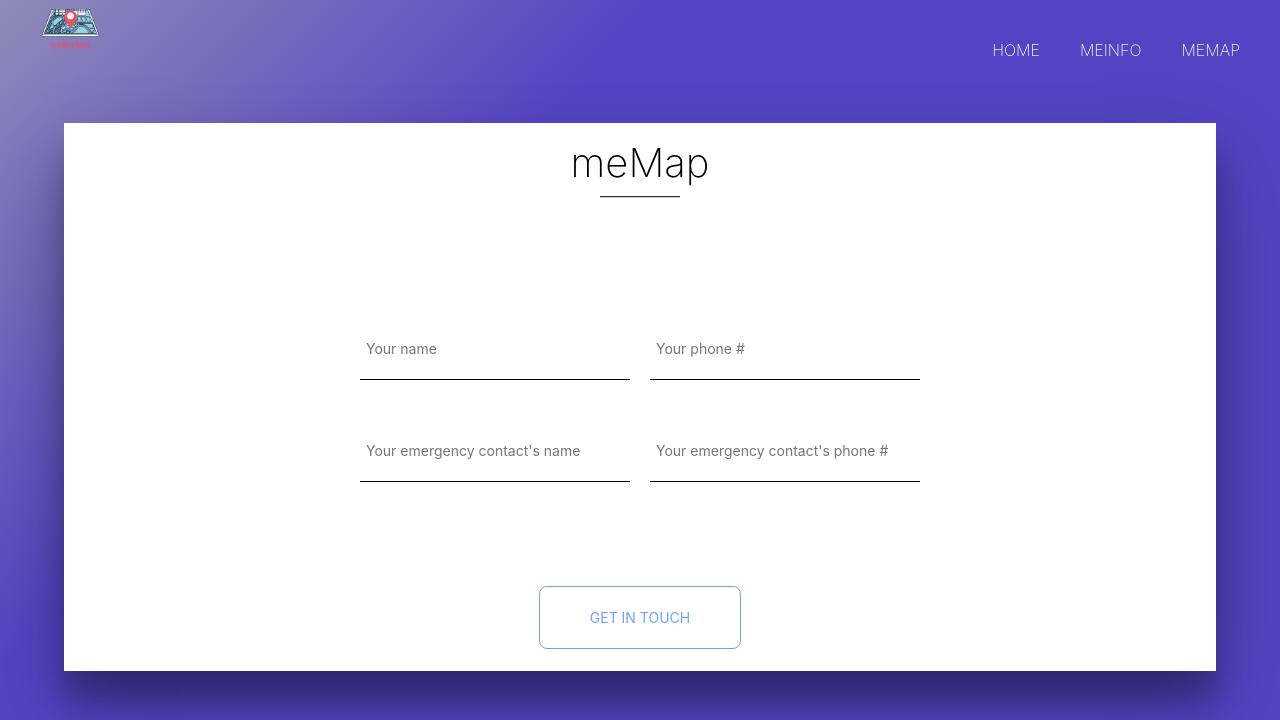
Repository: aasirvalji/saferMe
Page: /alt
The author's editor kept a copy of each file at every save. The page is drawn from the files as they stood at one save, then again after the next save.
The browser window is 1280 px wide. The pictures show the whole page.
An inner scrolling area shows only its first screen. The project was rebuilt for these pictures with package versions that can differ from the ones it lists, and the page was loaded fresh each time. Also part of the build but not shown: src/components/Landing.js, src/styles/Services.css, src/components/Services.js, src/mapStyles.js, src/components/MapDisplay.js, src/styles/AboutDisplay.css, src/components/AboutDisplay.js, src/components/SampleDisplay.js.

Above is the page before, as saved 2020-02-16 10:31:23.

### public/index.html
<!DOCTYPE html>
<html lang="en">
  <head>
    <meta charset="utf-8" />
    <link rel="icon" href="%PUBLIC_URL%/favicon.ico" />
    <meta name="viewport" content="width=device-width, initial-scale=1" />
    <meta name="theme-color" content="#000000" />
    <meta
      name="description"
      content="Web site created using create-react-app"
    />
    <link rel="apple-touch-icon" href="%PUBLIC_URL%/logo192.png" />
    <!--
      manifest.json provides metadata used when your web app is installed on a
      user's mobile device or desktop. See https://developers.google.com/web/fundamentals/web-app-manifest/
    -->
    <link rel="manifest" href="%PUBLIC_URL%/manifest.json" />
    <!--
      Notice the use of %PUBLIC_URL% in the tags above.
      It will be replaced with the URL of the `public` folder during the build.
      Only files inside the `public` folder can be referenced from the HTML.

      Unlike "/favicon.ico" or "favicon.ico", "%PUBLIC_URL%/favicon.ico" will
      work correctly both with client-side routing and a non-root public URL.
      Learn how to configure a non-root public URL by running `npm run build`.
    -->

    <link
    rel="stylesheet"
    href="https://maxcdn.bootstrapcdn.com/bootstrap/4.3.1/css/bootstrap.min.css"
    integrity="sha384-ggOyR0iXCbMQv3Xipma34MD+dH/1fQ784/j6cY/iJTQUOhcWr7x9JvoRxT2MZw1T"
    crossorigin="anonymous"
  />

  <link rel="stylesheet" href="https://use.fontawesome.com/releases/v5.7.2/css/all.css" integrity="sha384-fnmOCqbTlWIlj8LyTjo7mOUStjsKC4pOpQbqyi7RrhN7udi9RwhKkMHpvLbHG9Sr" crossorigin="anonymous">

    <title>Aurorah</title>
  </head>
  <body>
    <noscript>You need to enable JavaScript to run this app.</noscript>
    <div id="root"></div>
    <!--
      This HTML file is a template.
      If you open it directly in the browser, you will see an empty page.

      You can add webfonts, meta tags, or analytics to this file.
      The build step will place the bundled scripts into the <body> tag.

      To begin the development, run `npm start` or `yarn start`.
      To create a production bundle, use `npm run build` or `yarn build`.
    -->
  </body>
</html>

### src/App.js
import React from 'react';
import './App.css';
import Navigate from './components/Navigate'
import Landing from './components/Landing'
import Services from './components/Services'
import MapDisplay from './components/MapDisplay'
import AltDisplay from './components/AltDisplay'
import AboutDisplay from './components/AboutDisplay'

import SampleDisplay from './components/SampleDisplay';


import {
  BrowserRouter as Router,
  Switch,
  Route,
} from "react-router-dom";

class App extends React.Component { //when working with any type of data, call it in App then pass to comp on interest

  constructor(props) {
    super(props);

  }

/* start api sample */
/*
  componentDidMount() {
    fetch("https://api.example.com/items")
      .then(res => res.json())
      .then(
        (result) => {
          this.setState({
            isLoaded: true,
            items: result.items
          });
        },
        // Note: it's important to handle errors here
        // instead of a catch() block so that we don't swallow
        // exceptions from actual bugs in components.
        (error) => {
          this.setState({
            isLoaded: true,
            error
          });
        }
      )
  }
  */
/* end api sample */
  render(){


  return (
    <Router>
    <div className="App">

    <Switch>

    <Route exact path="/">
    <div className='landing-div'>
    <Navigate></Navigate>
    <Landing></Landing>
    <img className='wave' src='https://www.ochrehealth.com.au/wp-content/uploads/2018/10/slider-wave.png' alt=''></img>  {/* wave pattern*/}
    </div>
    {/* services placement*/}
    {/* maps placement*/}
    </Route>

    <Route path="/about">
    <div className='about-background'>
    <Navigate></Navigate>

    <AboutDisplay></AboutDisplay>
    </div>
    </Route>

    <Route path="/map">
    <div className='map-background'>
    <Navigate></Navigate>

  <MapDisplay></MapDisplay>
    </div>
    </Route>

    <Route path="/graph">
    <div className='graph-background'>
    <Navigate></Navigate>


    </div>
    </Route>

    <Route path="/alt">
    <div className='alt-background'>
    <Navigate></Navigate>

    <AltDisplay></AltDisplay>
    </div>
    </Route>

    </Switch>

    </div>
    </Router>

  );
  }
}

export default App;

### src/App.css
.landing-div {
    height: 100vh;
	background: linear-gradient(-45deg, #ee7752, #e73c7e,#FF4136, #85144b);
	background-size: 400% 400%;
    animation: gradient 10s ease infinite;

}


@keyframes gradient {
	0% {
		background-position: 0% 50%;
	}
	50% {
		background-position: 100% 50%;
	}
	100% {
		background-position: 0% 50%;
	}
}

.landing-div .wave{
    margin-right: 20vh;
    height: 15vh;
    width: 100%;
    position: absolute;
    bottom: 0;
}

@media screen and (max-width:700px) {

    .landing-div {
        height: 110vh;
    }

    .landing-div .wave{
    display: none;
    }

}

.about-background{
    background: linear-gradient(-45deg, #23a6d5, #23a6d5,#23a6d5, #acceda);
    height: 100vh;
}

.map-background{
    background: linear-gradient(-45deg, #FF4136, #FF4136,#FF4136, #e7ab98);
    height: 100vh;
}

.graph-background{
    background: linear-gradient(-45deg, #e73c7e, #e73c7e,#e73c7e, #e0a0b9);
    height: 100vh;
}

.alt-background{
    background: linear-gradient(-45deg, #5444c4, #5444c4,#5444c4, #908ab9);
    height: 100vh;
}

### src/components/Navigate.js
import React from 'react';
import '../styles/Navigate.css';
import {}
from 'react-bootstrap';
import img from '../assets/86665821_178198983462585_1128028565648965632_n.png'

import { Link } from "react-router-dom";


function Navigate() {
    return (
    <>
  <div class="header">
    <h2 class="logo"><img src={img}></img></h2>
    <input type="checkbox" id="chk"></input>
    <label for="chk" class="show-menu-btn">
      <i class="fas fa-ellipsis-h"></i>
    </label>

    <ul class="menu">
      <Link to="/"><a>Home</a></Link>
      {/*<Link to="/about"><a>About</a></Link>*/}
      <Link to="/alt"><a>meInfo</a></Link>
      <Link to="/map"><a>meMap</a></Link>
      {/*<Link to="/graph"><a>eGraph</a></Link>*/}

      <label for="chk" class="hide-menu-btn">
        <i class="fas fa-times"></i>
      </label>
    </ul>
  </div>
</>
);
}


export default Navigate;

### src/components/AltDisplay.js
import React from 'react';
import '../styles/AltDisplay.css'




class AltDisplay extends React.Component{

  constructor(props){
    super(props);

    this.state = {username: "",
    userNumber: "",
    emergencyName: "",
    emergencyNumber: "",
  };

    this.handleChange = this.handleChange.bind(this);
    this.handleSubmit = this.handleSubmit.bind(this);
}



handleChange = (event) => {
  this.setState({
  [event.target.name] : event.target.value
})
}

handleSubmit(event) {
  this.sendData();
  console.log ('done')
  event.preventDefault();
  alert("Thank you for your submission, your data has been recorded")

  {/*} restore state post submission
  this.setState({
    username : '',

  }) */}

}

sendData(){

  // create a new XMLHttpRequest
  var xhr = new XMLHttpRequest()

  // get a callback when the server responds
  xhr.addEventListener('load', () => {
    // update the state of the component with the result here
    console.log(xhr.responseText)
  })
  // open the request with the verb and the url
  xhr.open('POST', 'https://valley.alishanpiyarali.repl.co/form')
  // send the request
  xhr.send(this.state.username + "," + this.state.userNumber.toString() + ","  + this.state.emergencyName + "," +this.state.emergencyNumber.toString())

  console.log('success')
}



render(){
    return(
        <>

<div className='alt-con'>

<div className='alt-header'>
<h1>meMap</h1>
</div>

<form class="contact-section" onSubmit={this.handleSubmit}>
      <div class="inner-width">

        <input type="text" class="name" placeholder="Your name" name = 'username'
        value={this.state.value} onChange={this.handleChange} ></input>

       <input type="number" class="email" placeholder="Your phone #" name ="userNumber"
       username={this.state.username} onChange={this.handleChange} ></input>

      <input type="text" class="name" placeholder="Your emergency contact's name" name = 'emergencyName'
        value={this.state.value} onChange={this.handleChange} ></input>

       <input type="number" class="email" placeholder="Your emergency contact's phone #" name ="emergencyNumber"
       username={this.state.username} onChange={this.handleChange} ></input>

        <button type='submit' value="Submit">Get in touch</button>
      </div>
    </form>

</div>

        </>
    )
}
}


export default AltDisplay;

### src/styles/Navigate.css
/* Start Navbar */

.header{
    height: 100px;
    background: transparent;
    padding: 0 20px;
    color: white;
    font-weight: 200;
  }
  .logo{
    line-height: 100px;
    float: left;
  }

  .header h2{
    font-weight: 200;
  }

  .header img{
    width: 12vh;
    height: 12vh;
    margin-left: 1vh;
  }

  .menu{
    float: right;
    line-height: 100px;
  }
  .menu a{
    color: white;
    text-transform: uppercase;
    text-decoration: none;
    padding: 0 10px;
    transition: 0.4s;
  }
  .show-menu-btn,.hide-menu-btn{
    transition: 0.4s;
    font-size: 30px;
    cursor: pointer;
    display: none;
  }
  .show-menu-btn{
    float: right;
  }
  .show-menu-btn i{
    line-height: 100px;
  }
  .menu a:hover,
  .show-menu-btn:hover,
  .hide-menu-btn:hover{
    transition: .5s;
    color: black;
  }

  #chk{
    position: absolute;
    visibility: hidden;
    z-index: -1111;
  }

  .content{
    padding: 0 20px;
  }
  .content img{
    width: 100%;
    max-width: 700px;
    margin: 20px 0;
  }
  .content p{
    text-align: justify;
  }

  @media screen and (max-width:800px) {
    .show-menu-btn,.hide-menu-btn{
      display: block;
    }
    .menu{
      position: fixed;
      width: 100%;
      height: 100vh;
      background: linear-gradient(-45deg, #ee7752, #e73c7e,#5444c4, #23a6d5);
      right: -100%;
      top: 0;
      text-align: center;
      padding: 80px 0;
      line-height: normal;
      transition: 0.7s;
      z-index: 1000;
    }
    .menu a{
      display: block;
      padding: 20px;
    }

    .menu a:hover{
      cursor: pointer;
    }

    .hide-menu-btn{
      position: absolute;
      top: 40px;
      right: 40px;
    }
    #chk:checked ~ .menu{
      right: 0;
    }
  }

  /* End Navbar */

### src/styles/Landing.css


  * {
    box-sizing: border-box;
    margin: 0;
    padding: 0;
  }


  h1 {
    line-height: 1.3;

  }

  img {
    width: 90%;
  }

  .container {
    max-width: 1200px;
    margin: auto;
    padding: 0 2rem;
    margin-top: 13vh;
  }

  .container h1, p{
    margin-top: 10vh;
    color: white;
  }

  .main-header{
    -webkit-animation: fadein 4s; /* Safari, Chrome and Opera > 12.1 */
    -moz-animation: fadein 4s; /* Firefox < 16 */
     -ms-animation: fadein 4s; /* Internet Explorer */
      -o-animation: fadein 4s; /* Opera < 12.1 */
         animation: fadein 4s;
  }

  .main-subheader{
    -webkit-animation: fadein 4s; /* Safari, Chrome and Opera > 12.1 */
    -moz-animation: fadein 4s; /* Firefox < 16 */
     -ms-animation: fadein 4s; /* Internet Explorer */
      -o-animation: fadein 4s; /* Opera < 12.1 */
         animation: fadein 4s;
  }

  .section-a {
    margin: 2rem 0;
  }

  .section-a .container {
    display: grid;
    grid-template-columns: 1fr 1fr;
    grid-gap: 3rem;
    align-items: center;
    justify-content: center;
  }

  .section-a h1 {
    font-size: 4rem;
    font-weight: 200;
  }

  .section-a p {
    font-size: 1.1rem;
    margin: 1rem 0 0 .775vh;
    font-weight: 200;
  }

  .floating{
    animation-name: floating;
    animation-duration: 3s;
    animation-iteration-count: infinite;
    animation-timing-function: ease-in-out;
    z-index: 100;
  }


  @keyframes floating {
    from { transform: translate(0,  0px); }
    50%  { transform: translate(0, 20px); }
    to   { transform: translate(0, -0px); }
}

  @media (max-width: 700px) {
    .section-a .container {
      grid-template-columns: 1fr;
      text-align: center;
    }

    .section-a .container div:first-child {
      order: 2;
    }

    .section-a .container div:nth-child(2) {
      order: -1;
    }

    .section-a img {
      width: 80%;
      margin: auto;
    }
  }

/* fade in animation*/

@keyframes fadein {
  from { opacity: 0; }
  to   { opacity: 1; }
}

/* Firefox < 16 */
@-moz-keyframes fadein {
  from { opacity: 0; }
  to   { opacity: 1; }
}

/* Safari, Chrome and Opera > 12.1 */
@-webkit-keyframes fadein {
  from { opacity: 0; }
  to   { opacity: 1; }
}

/* Internet Explorer */
@-ms-keyframes fadein {
  from { opacity: 0; }
  to   { opacity: 1; }
}

/* Opera < 12.1 */
@-o-keyframes fadein {
  from { opacity: 0; }
  to   { opacity: 1; }
}

### src/styles/MapDisplay.css
/* Try adding wave to Navbar */

.map-con{
    transform: translateY(1vh);
    color: black;
    width: 90%;
    height: 76vh;
    margin: 15px auto;
    background: white;
    overflow: hidden;
    position: relative;
    top: 0;
    -webkit-box-shadow: 0 38px 76px rgba(0, 0, 0, 0.3), 0 30px 24px rgba(0, 0, 0, 0.22);
            box-shadow: 0 38px 76px rgba(0, 0, 0, 0.3), 0 30px 24px rgba(0, 0, 0, 0.22);
            overflow-y: auto;
}

.map-con p{
    color: white;
}

.map-header h1{
    color: black;
    text-align: center;
    font-weight: 200;
    margin-top: 2vh;
    margin-bottom: 8vh;
}

.map-header h1:after {

    content: '';
    transform: translateY(1vh);
    margin: auto;
    border-bottom: .1vh solid black;
    width: 11vh;
    display: block;

}

.map-details{
    display: flex;
    flex-direction: column;
    justify-content: center;
    align-items: center;
}

.map-details p{
    font-weight: 300;
    margin: auto;
    color: black;
    text-align: center;
    width: 50%;
    margin-bottom: 3vh;
}

.marker-div{
    display: flex;
    flex-direction: column;
    justify-content: center;
    align-items: center;
}

.marker-div h2{
font-size: 1rem;
text-align: center;
margin-bottom: 1rem;
}

.marker-div {
    font-size: 1rem;
    text-align: center;
    margin-bottom: 1rem;
    }

.marker-div img{
    margin: auto;
    width: 18rem;
    height: 15rem;
    }

button{
background: none;
color: #fc0000;
border: 1px solid #fc0000;
padding: 20px 50px;
border-radius: 8px;
text-transform: uppercase;
font-size: 14px;
transition: 0.4s linear;
cursor: pointer;
}

button:hover{
    background: #fc0000;
    color: #fff;
  }

.emergencyButton{
    transform: translateY(-2.5rem);
}

/*end button*/

/* start responsive map */

/*
@media only screen and (max-width: 900px){
.map-div {
    width: 800vh;
}

}
*/

/* end responsive map */

### src/styles/AltDisplay.css
/* Try adding wave to Navbar */

.alt-con{
    transform: translateY(1vh);
    color: black;
    width: 90%;
    height: 76vh;
    margin: 15px auto;
    background: white;
    overflow: hidden;
    position: relative;
    top: 0;
    -webkit-box-shadow: 0 38px 76px rgba(0, 0, 0, 0.3), 0 30px 24px rgba(0, 0, 0, 0.22);
            box-shadow: 0 38px 76px rgba(0, 0, 0, 0.3), 0 30px 24px rgba(0, 0, 0, 0.22);
            overflow-y: auto;
}

.alt-con p{
    color: white;
}

.alt-header h1{
    color: black;
    text-align: center;
    font-weight: 200;
    margin-top: 2vh;
    margin-bottom: 8vh;
}

.alt-header h1:after {

    content: '';
    transform: translateY(1vh);
    margin: auto;
    border-bottom: .1vh solid black;
    width: 11vh;
    display: block;

}

.alt-details p{
    font-weight: 300;
    margin: auto;
    color: black;
    text-align: center;
    width: 50%;
    margin-bottom: 3vh;
}

.alt-details img{
    display: block;
    margin: 0 auto;
    height: 40vh;
    width: 50vh;
}

/* sample */

.middle{
    position: relative;
    margin: auto;
  }

  .task-list{
    width: 400px;
    padding: 40px;
    background: linear-gradient(-45deg, #ee7752, #ee7752,#ee7752, #e7ab98);
    background-size: cover;
  }
  .task-list h2{
    color: #fff;
    font-weight: 220;
  }
  .task{
    display: flex;
    padding: 10px 0;
    align-items: center;
    cursor: pointer;
    font-weight: 220;
  }

  .task input{
    position: absolute;
    visibility: hidden;
  }

  /* start remove number wheel on type input */

  input[type=number]::-webkit-inner-spin-button,

input[type=number]::-webkit-outer-spin-button {

  -webkit-appearance: none;
   appearance: none;
   display: none;
   opacity: 0;
  margin: 0;

}

/* end remove number wheel on type input */

  .task i{
    display: inline-block;
    width: 48px;
    height: 48px;
    border-radius: 50%;
    border: 1px solid white;
    text-align: center;
    line-height: 48px;
    font-size: 20px;
    margin-right: 14px;
    color: transparent;
  }

  .text{
    font-size: 18px;
    color: #fff;
  }

  .task input:checked ~ i{
    color: white;
  }

  .task input:checked ~ .text{
    text-decoration: line-through;
    color: white;
  }


  .contact-section{
    background: transparent;
    padding: 70px 0;
    text-align: center;
  }

  .inner-width{
    max-width: 600px;
    margin: auto;
    padding: 0 20px;
  }

  .contact-section h1{
    font-size: 20px;
    color: #000000;
    text-transform: uppercase;
    letter-spacing: 4px;
    font-weight: 400;
  }

  .name,.email{
    background: none;
    border:none;
    outline: none;
    border-bottom: 1px solid;
    color: #000000;
    padding: 20px 6px;
    font-size: 14px;
    margin-bottom: 40px;
  }

  .name{
    float: left;
    width: 270px;
  }

  .email{
    float: right;
    width: 270px;
  }

  .message{
    min-width: 100%;
    max-width: 100%;
  }


  .contact-section button{
    margin-top: 4rem;
    background: none;
    color: #70a1ff;
    border: 1px solid #70a1ff;
    padding: 20px 50px;
    border-radius: 8px;
    text-transform: uppercase;
    font-size: 14px;
    transition: 0.4s linear;
    cursor: pointer;
  }

  .contact-section button:hover{
    background: #70a1ff;
    color: #fff;
  }


  @media screen and (max-width:600px){
    .name,.email{
      width: 100%;
    }
  }

Loaded but not shown: src/index.js (common file); src/index.css (common file); src/serviceWorker.js (common file)

After the next save:
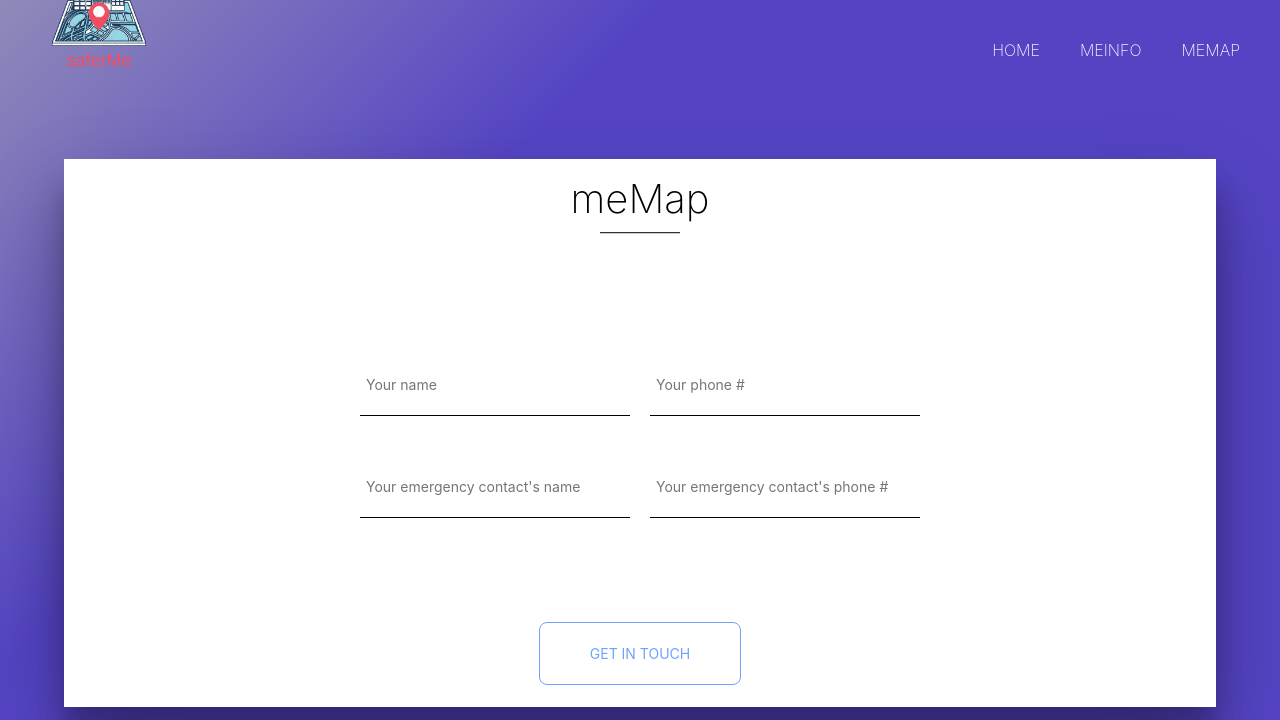
Saved 3 min 51 s later.
--- a/src/styles/Navigate.css
+++ b/src/styles/Navigate.css
@@ -17,8 +17,8 @@
   }
 
   .header img{
-    width: 12vh;
-    height: 12vh;
+    width: 20vh;
+    height: 20vh;
     margin-left: 1vh;
   }
 

After the save that followed:
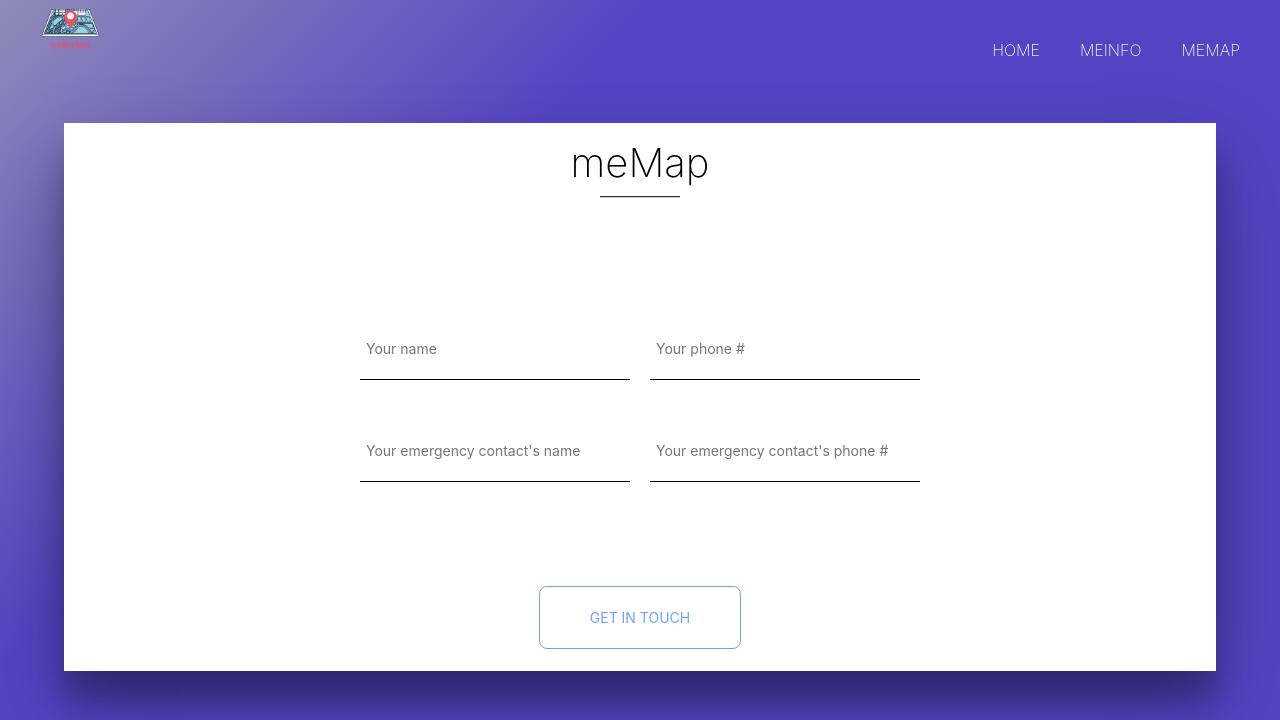
Saved 6 s later.
--- a/src/styles/Navigate.css
+++ b/src/styles/Navigate.css
@@ -17,8 +17,8 @@
   }
 
   .header img{
-    width: 20vh;
-    height: 20vh;
+    width: 12vh;
+    height: 12vh;
     margin-left: 1vh;
   }
 
